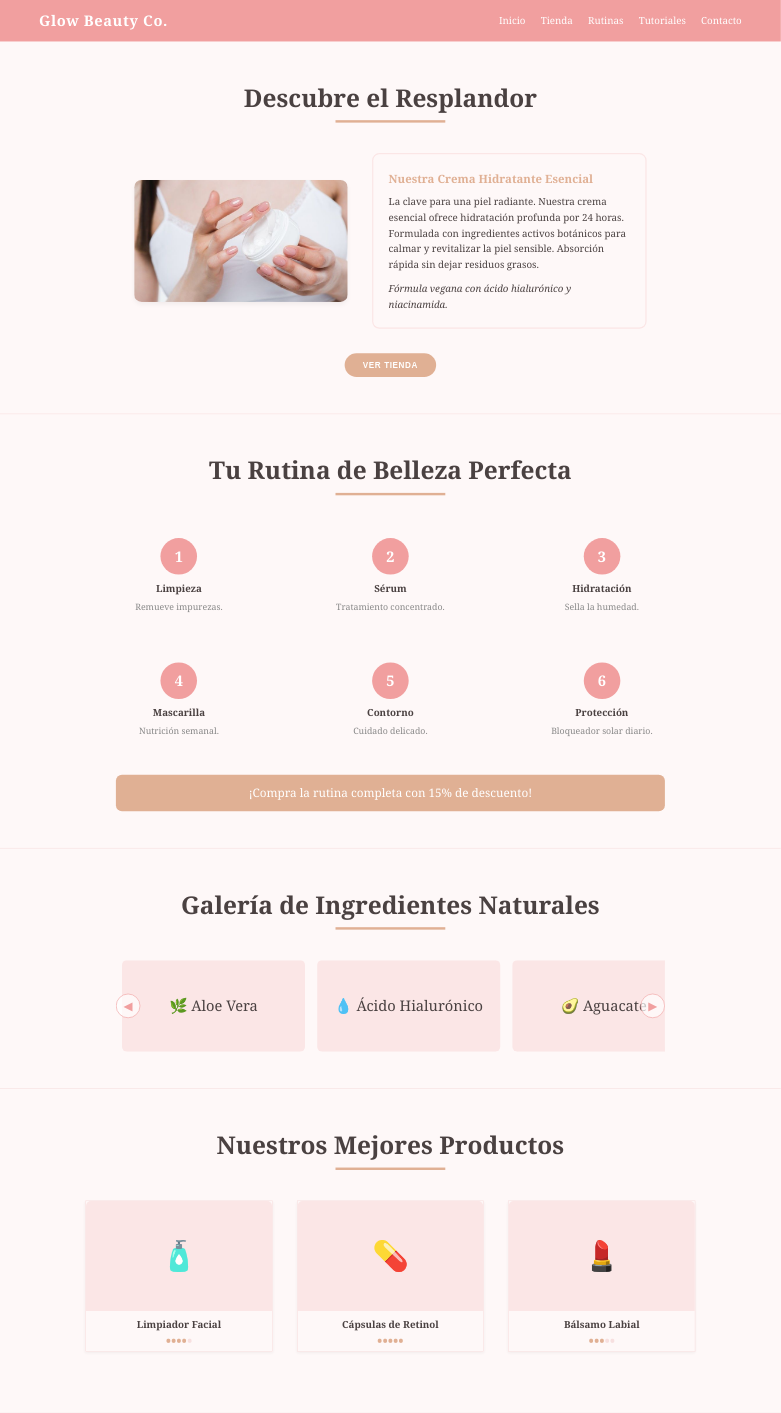
Repository: NovaSystem-DG/tienda-online
Page: index.html
These files come from the project's save history. The page is drawn as it stood at one moment and after the next save; the edit follows.
The browser window is 1280 px wide. The pictures show the whole page, at 61% of full size.

Above is the page before, as saved 2025-12-10 13:05:19.

### index.html
<!DOCTYPE html>
<html lang="es">

<head>
  <meta charset="UTF-8">
  <meta name="viewport" content="width=device-width, initial-scale=1.0">
  <title>Glow Beauty Co.</title>
  <link rel="stylesheet" href="style.css">
</head>

<body>
  <header class="header-nav">
    <div class="container">
      <nav class="navbar">
        <span class="logo">Glow Beauty Co.</span>
        <ul class="nav-links">
          <li><a href="#">Inicio</a></li>
          <li><a href="#">Tienda</a></li>
          <li><a href="#">Rutinas</a></li>
          <li><a href="#">Tutoriales</a></li>
          <li><a href="#">Contacto</a></li>
        </ul>
      </nav>
    </div>
  </header>

  <main>
    <section class="section what-we-do">
      <div class="container">
        <h2>Descubre el Resplandor</h2>
        <div class="line-divider"></div>
        <div class="content-row">
          <div class="video-placeholder">
            <img src="Crema-facial.jpg" alt="Placeholder de Video"
              class="video-img">

          </div>
          <div class="text-content-box">
            <h3>Nuestra Crema Hidratante Esencial</h3>

            <p class="real-text">
              La clave para una piel radiante. Nuestra crema esencial ofrece hidratación profunda por 24 horas.
              Formulada con ingredientes activos botánicos para calmar y revitalizar la piel sensible.
              Absorción rápida sin dejar residuos grasos.
            </p>

            <p class="description-text">Fórmula vegana con ácido hialurónico y niacinamida.</p>
          </div>
        </div>
        <button class="btn-primary">VER TIENDA</button>
      </div>
    </section>

    <section class="section travel-org-section">
      <div class="container">
        <h2>Tu Rutina de Belleza Perfecta</h2>
        <div class="line-divider"></div>
        <div class="grid-3-col">
          <div class="item-card">
            <div class="icon-placeholder">1</div>
            <h4>Limpieza</h4>
            <p class="step-desc">Remueve impurezas.</p>
          </div>
          <div class="item-card">
            <div class="icon-placeholder">2</div>
            <h4>Sérum</h4>
            <p class="step-desc">Tratamiento concentrado.</p>
          </div>
          <div class="item-card">
            <div class="icon-placeholder">3</div>
            <h4>Hidratación</h4>
            <p class="step-desc">Sella la humedad.</p>
          </div>
          <div class="item-card">
            <div class="icon-placeholder">4</div>
            <h4>Mascarilla</h4>
            <p class="step-desc">Nutrición semanal.</p>
          </div>
          <div class="item-card">
            <div class="icon-placeholder">5</div>
            <h4>Contorno</h4>
            <p class="step-desc">Cuidado delicado.</p>
          </div>
          <div class="item-card">
            <div class="icon-placeholder">6</div>
            <h4>Protección</h4>
            <p class="step-desc">Bloqueador solar diario.</p>
          </div>
        </div>
        <div class="full-width-placeholder">
          <p>¡Compra la rutina completa con 15% de descuento!</p>
        </div>
      </div>
    </section>

    <section class="section island-view-section">
      <div class="container">
        <h2>Galería de Ingredientes Naturales</h2>
        <div class="line-divider"></div>

        <div class="carousel-container" id="carousel-container">
          <div class="carousel-track">
            <div class="gallery-item">🌿 Aloe Vera</div>
            <div class="gallery-item">💧 Ácido Hialurónico</div>
            <div class="gallery-item">🥑 Aguacate</div>
            <div class="gallery-item">🌹 Rosa Mosqueta</div>
            <div class="gallery-item">🍃 Té Verde</div>
            <div class="gallery-item">🍊 Vitamina C</div>
          </div>
          <button class="prev-btn">◀</button>
          <button class="next-btn">▶</button>
        </div>
      </div>
    </section>

    <section class="section packages-section">
      <div class="container">
        <h2>Nuestros Mejores Productos</h2>
        <div class="line-divider"></div>
        <div class="grid-3-col">
          <div class="package-card">
            <div class="package-image">🧴</div>
            <p>Limpiador Facial</p>
            <div class="rating-dots">
              <span>•</span><span>•</span><span>•</span><span>•</span><span class="unfilled">•</span>
            </div>
          </div>
          <div class="package-card">
            <div class="package-image">💊</div>
            <p>Cápsulas de Retinol</p>
            <div class="rating-dots">
              <span>•</span><span>•</span><span>•</span><span>•</span><span>•</span>
            </div>
          </div>
          <div class="package-card">
            <div class="package-image">💄</div>
            <p>Bálsamo Labial</p>
            <div class="rating-dots">
              <span>•</span><span>•</span><span>•</span><span class="unfilled">•</span><span class="unfilled">•</span>
            </div>
          </div>
        </div>
        <div class="text-line medium spacer-line"></div>
        <div class="text-line small"></div>
      </div>
    </section>
  </main>

  <footer class="footer">
    <div class="container">
    </div>
  </footer>

  <script>
document.addEventListener('DOMContentLoaded', function() {
    const carouselContainer = document.getElementById('carousel-container');
    if (!carouselContainer) return;

    const track = carouselContainer.querySelector('.carousel-track');
    const items = carouselContainer.querySelectorAll('.gallery-item');
    const prevButton = carouselContainer.querySelector('.prev-btn');
    const nextButton = carouselContainer.querySelector('.next-btn');


    let currentIndex = 0;
    const maxIndex = items.length - 3;


    function updateCarousel() {
        const offset = -currentIndex * (100 / 3);
        track.style.transform = `translateX(${offset}%)`;
    }

    nextButton.addEventListener('click', () => {
        if (currentIndex < maxIndex) {
            currentIndex++;
        } else {
            currentIndex = 0;
        }
        updateCarousel();
    });

    prevButton.addEventListener('click', () => {
        if (currentIndex > 0) {
            currentIndex--;
        } else {
            currentIndex = maxIndex;
        }
        updateCarousel();
    });

    updateCarousel();
});


  </script>
</body>

</html>

### style.css
:root {
    --primary-color: #f19f9f;
    --accent-color: #e0b094;
    --light-bg-color: #fef8f8;
    --dark-text: #4a4141;
    --light-text: #ffffff;
    --border-color: #f7e0e0;
    --placeholder-color: #fbe6e6;
}

* {
    box-sizing: border-box;
    margin: 0;
    padding: 0;
}

body {
    font-family: 'Georgia', serif;
    background-color: var(--light-bg-color);
    color: var(--dark-text);
    line-height: 1.6;
}

.container {
    width: 90%;
    max-width: 1200px;
    margin: 0 auto;
}

a {
    text-decoration: none;
    color: inherit;
    transition: color 0.3s;
}

.header-nav {
    background-color: var(--primary-color);
    color: var(--light-text);
    padding: 15px 0;
}

.navbar {
    display: flex;
    justify-content: space-between;
    align-items: center;
}

.logo {
    font-weight: bold;
    font-size: 1.5em;
    letter-spacing: 1px;
}

.nav-links {
    list-style: none;
    display: flex;
}

.nav-links li {
    margin-left: 25px;
}

.nav-links a:hover {
    color: var(--accent-color);
}


.section {
    padding: 60px 0;
    text-align: center;
    border-bottom: 1px solid var(--border-color);
}

h2 {
    font-size: 2.5em;
    margin-bottom: 5px;
    color: var(--dark-text);
}

.line-divider {
    width: 180px;
    height: 4px;
    background-color: var(--accent-color);
    margin: 0 auto 50px auto;
}


.what-we-do .content-row {
    display: flex;
    align-items: center;
    justify-content: center;
    gap: 40px;
    margin-bottom: 30px;
}


.video-placeholder {
    width: 350px;
    height: 200px;
    border-radius: 12px;
    box-shadow: 0 4px 8px rgba(0, 0, 0, 0.05);
    position: relative; /* Para posicionar el ícono de play */
    overflow: hidden;
    cursor: pointer;
}

.video-placeholder .video-img {
    width: 100%;
    height: 100%;
    object-fit: cover;
    display: block;
}



.text-content-box {
    width: 450px;
    padding: 25px;
    border: 2px solid var(--placeholder-color);
    border-radius: 12px;
    text-align: left;
}

.text-content-box h3 {
    color: var(--accent-color);
    margin-bottom: 10px;
}

.real-text {
    margin-bottom: 15px;
    color: var(--dark-text);
}

.description-text {
    color: var(--dark-text);
    font-style: italic;
    margin-top: 15px;
}


.text-line { display: none; }
.item-card .text-line { display: block; }


.btn-primary {
    background-color: var(--accent-color);
    color: var(--light-text);
    border: none;
    padding: 12px 30px;
    border-radius: 30px;
    cursor: pointer;
    font-weight: bold;
    letter-spacing: 1px;
    margin-top: 10px;
    transition: background-color 0.3s;
}

.btn-primary:hover {
    background-color: #c99c7d;
}


.grid-3-col {
    display: grid;
    grid-template-columns: repeat(3, 1fr);
    gap: 40px;
    max-width: 1000px;
    margin: 0 auto 40px auto;
}

.item-card {
    text-align: center;
    padding: 20px;
}

.icon-placeholder {
    width: 60px;
    height: 60px;
    background-color: var(--primary-color);
    color: var(--light-text);
    border-radius: 50%;
    display: flex;
    justify-content: center;
    align-items: center;
    font-weight: bold;
    font-size: 1.5em;
    margin: 0 auto 10px auto;
}

.item-card h4 {
    color: var(--dark-text);
    margin-bottom: 5px;
}

.step-desc {
    font-size: 0.9em;
    color: #888;
}

.full-width-placeholder {
    height: 60px;
    background-color: var(--accent-color);
    color: var(--light-text);
    border-radius: 10px;
    max-width: 900px;
    margin: 0 auto;
    display: flex;
    justify-content: center;
    align-items: center;
    font-size: 1.2em;
}


.island-view-section {
    overflow: hidden;
}

.carousel-container {
    position: relative;
    max-width: 900px;
    margin: 0 auto;
    overflow: hidden;
}

.carousel-track {
    display: flex;
    transition: transform 0.5s ease-in-out;
}

.gallery-item {
    flex: 0 0 33.33%;
    height: 150px;
    background-color: var(--placeholder-color);
    border-radius: 8px;
    font-size: 1.5em;
    color: var(--dark-text);
    display: flex;
    flex-direction: column;
    justify-content: center;
    align-items: center;
    text-align: center;
    padding: 15px;
    margin: 0 10px;
}

.prev-btn, .next-btn {
    position: absolute;
    top: 50%;
    transform: translateY(-50%);
    background: rgba(255, 255, 255, 0.7);
    border: 1px solid var(--primary-color);
    color: var(--primary-color);
    padding: 10px;
    cursor: pointer;
    z-index: 10;
    border-radius: 50%;
    font-size: 1.2em;
    width: 40px;
    height: 40px;
    display: flex;
    justify-content: center;
    align-items: center;
}

.prev-btn { left: 0; }
.next-btn { right: 0; }



.package-card {
    border: 1px solid var(--border-color);
    box-shadow: 0 2px 5px rgba(0, 0, 0, 0.05);
    transition: transform 0.3s;
}

.package-card:hover {
    transform: translateY(-5px);
}

.package-image {
    width: 100%;
    height: 180px;
    background-color: var(--placeholder-color);
    font-size: 3em;
    display: flex;
    justify-content: center;
    align-items: center;
    border-radius: 8px 8px 0 0;
}

.package-card p {
    font-weight: bold;
    margin-top: 10px;
    color: var(--dark-text);
}

.rating-dots {
    margin-top: 5px;
}

.rating-dots span {
    color: var(--accent-color);
    font-size: 1.5em;
    line-height: 0;
}

.rating-dots .unfilled {
    color: var(--border-color);
}

/* diseño responsive */

/* header */

@media (max-width: 768px) {
    .nav-links {
        display: none;
    }

    .logo {
        font-size: 1.3em;
    }
}

/* seccion principal */
@media (max-width: 768px) {
    .what-we-do .content-row {
        flex-direction: column;
        gap: 20px;
    }

    .text-content-box {
        width: 100%;
        padding: 20px;
    }

    .video-placeholder {
        width: 100%;
        height: auto;
    }
}

/* grid */
@media (max-width: 900px) {
    .grid-3-col {
        grid-template-columns: repeat(2, 1fr);
    }
}

@media (max-width: 600px) {
    .grid-3-col {
        grid-template-columns: 1fr;
    }
}

/* Carrucel */
@media (max-width: 768px) {
    .gallery-item {
        flex: 0 0 80%;
        margin: 0 5px;
    }

    .carousel-container {
        max-width: 100%;
    }
}

/* productos */
@media (max-width: 600px) {
    .package-image {
        height: 140px;
    }
}

/* tipografia */
@media (max-width: 600px) {
    h2 {
        font-size: 1.8em;
    }

    .section {
        padding: 40px 0;
    }
}

After the next save:
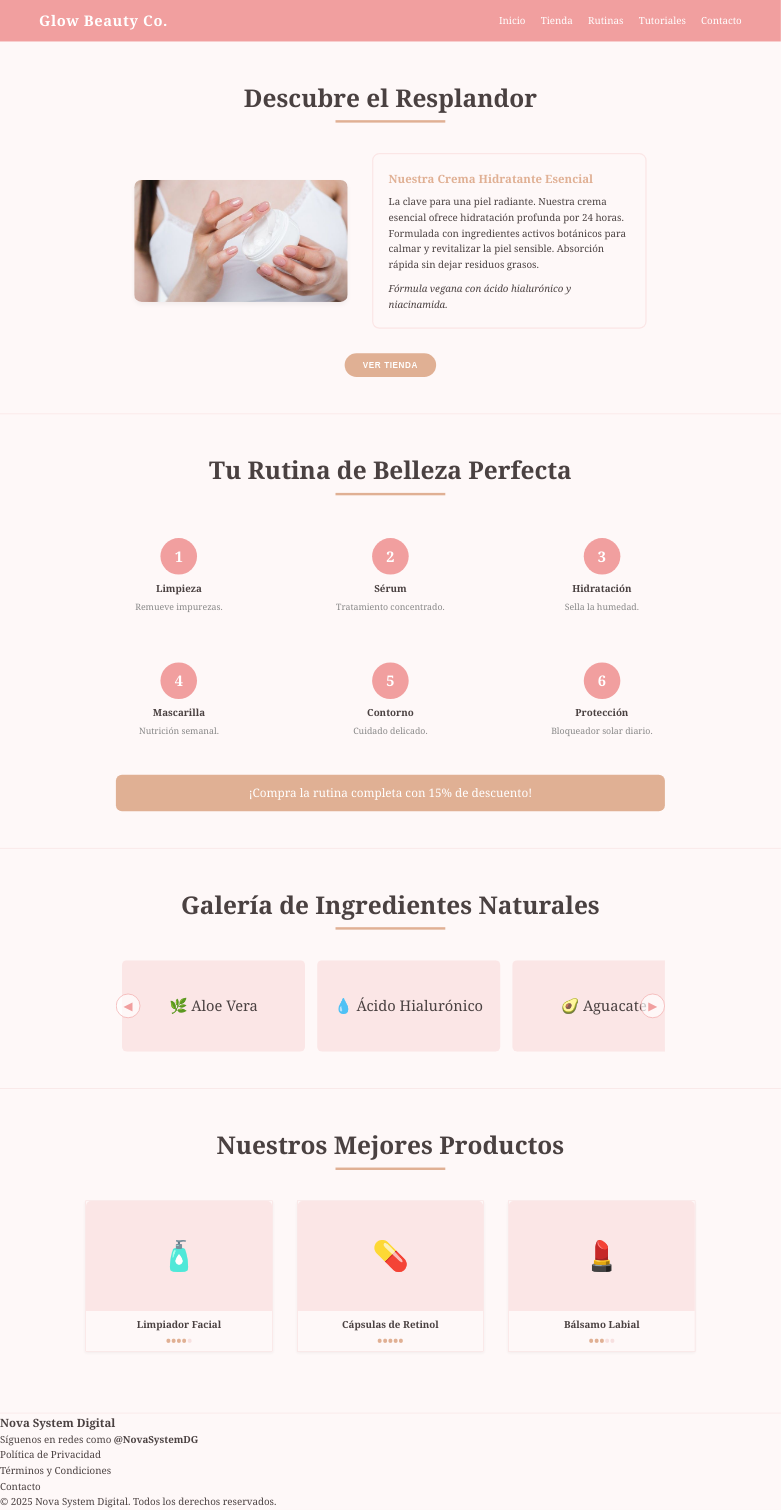
Saved 9 min 5 s later.
--- a/index.html
+++ b/index.html
@@ -146,10 +146,23 @@
     </section>
   </main>
 
-  <footer class="footer">
-    <div class="container">
-    </div>
-  </footer>
+ <footer class="footer">
+  <div class="footer-content">
+    <h3>Nova System Digital</h3>
+    <p>Síguenos en redes como <strong>@NovaSystemDG</strong></p>
+
+    <ul class="footer-links">
+      <li><a href="#">Política de Privacidad</a></li>
+      <li><a href="#">Términos y Condiciones</a></li>
+      <li><a href="#">Contacto</a></li>
+    </ul>
+  </div>
+
+  <div class="footer-bottom">
+    <p>&copy; 2025 Nova System Digital. Todos los derechos reservados.</p>
+  </div>
+</footer>
+
 
   <script>
 document.addEventListener('DOMContentLoaded', function() {
